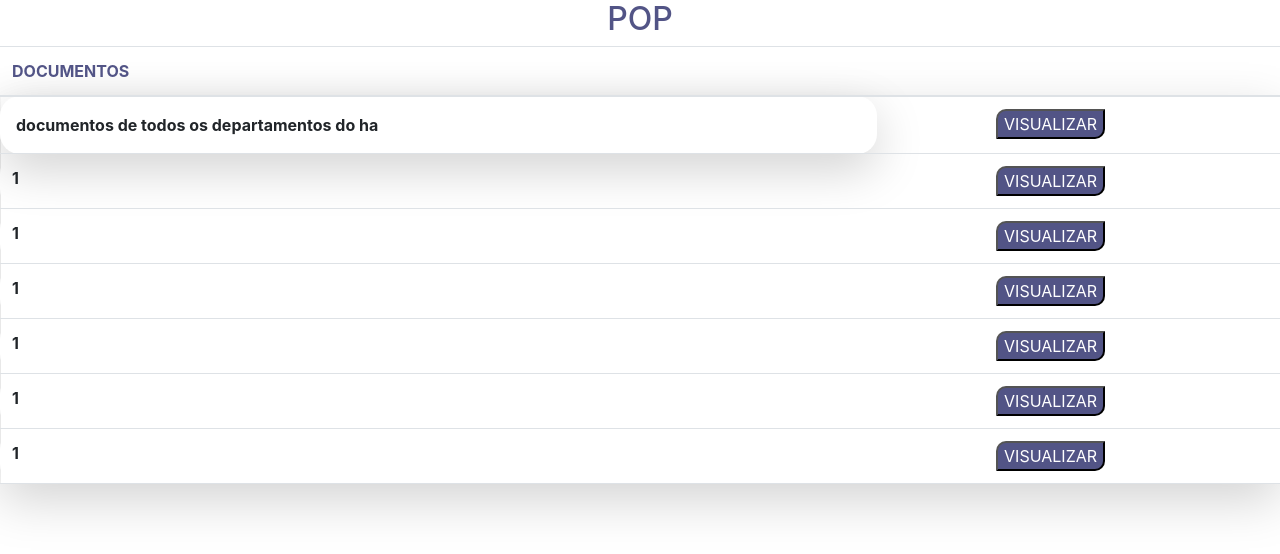
Repository: Leandromarim/INTRANET_PARTICULAR
Page: pop.html
An editor plug-in stored every save of this project. The page is shown before and after the next save, followed by the edit.
The browser window is 1280 px wide. The pictures show the whole page.

Above is the page before, as saved 2021-12-17 10:14:45.
Not found: ajax.js

After the next save:
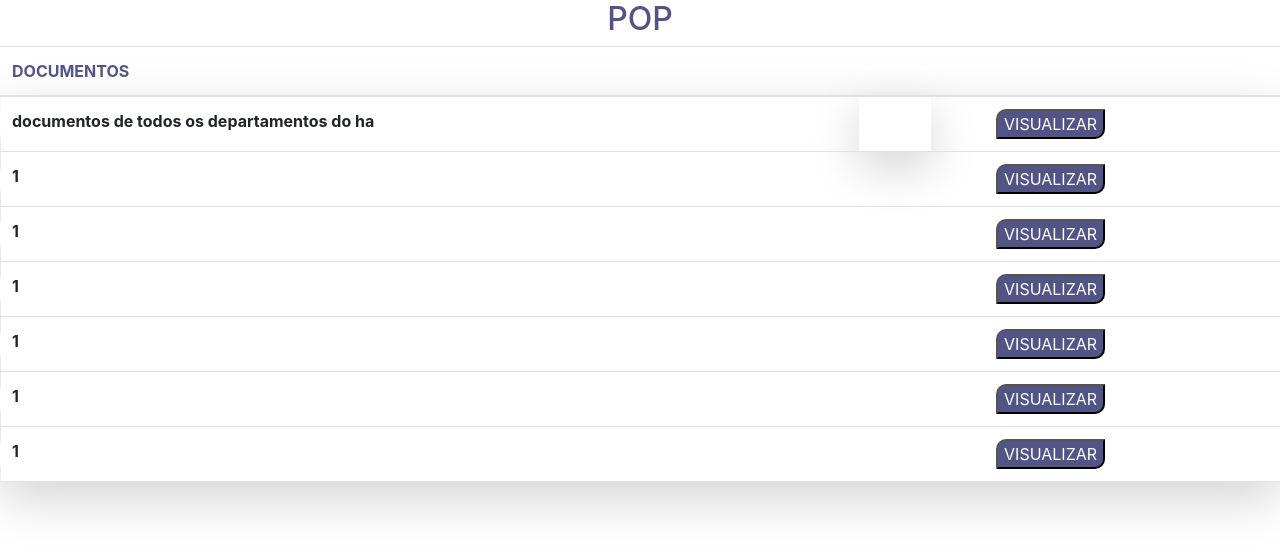
Saved 11 s later.
--- a/pop.html
+++ b/pop.html
@@ -36,8 +36,8 @@
             </thead>
             <tbody class="shadow-sm shadow-lg p-3 mb-5 bg-white">
                 <tr>
-                    <th class="shadow-sm shadow-lg p-3 mb-5 bg-white">documentos de todos os departamentos do ha</th>
-                    <td></td>
+                    <th>documentos de todos os departamentos do ha</th>
+                    <td class="shadow-sm shadow-lg p-3 mb-5 bg-white"></td>
                     <td></td>
                     <td><a href="#"><button type="button" class="btn-visualizar">VISUALIZAR</button></a></td>
                 </tr>
